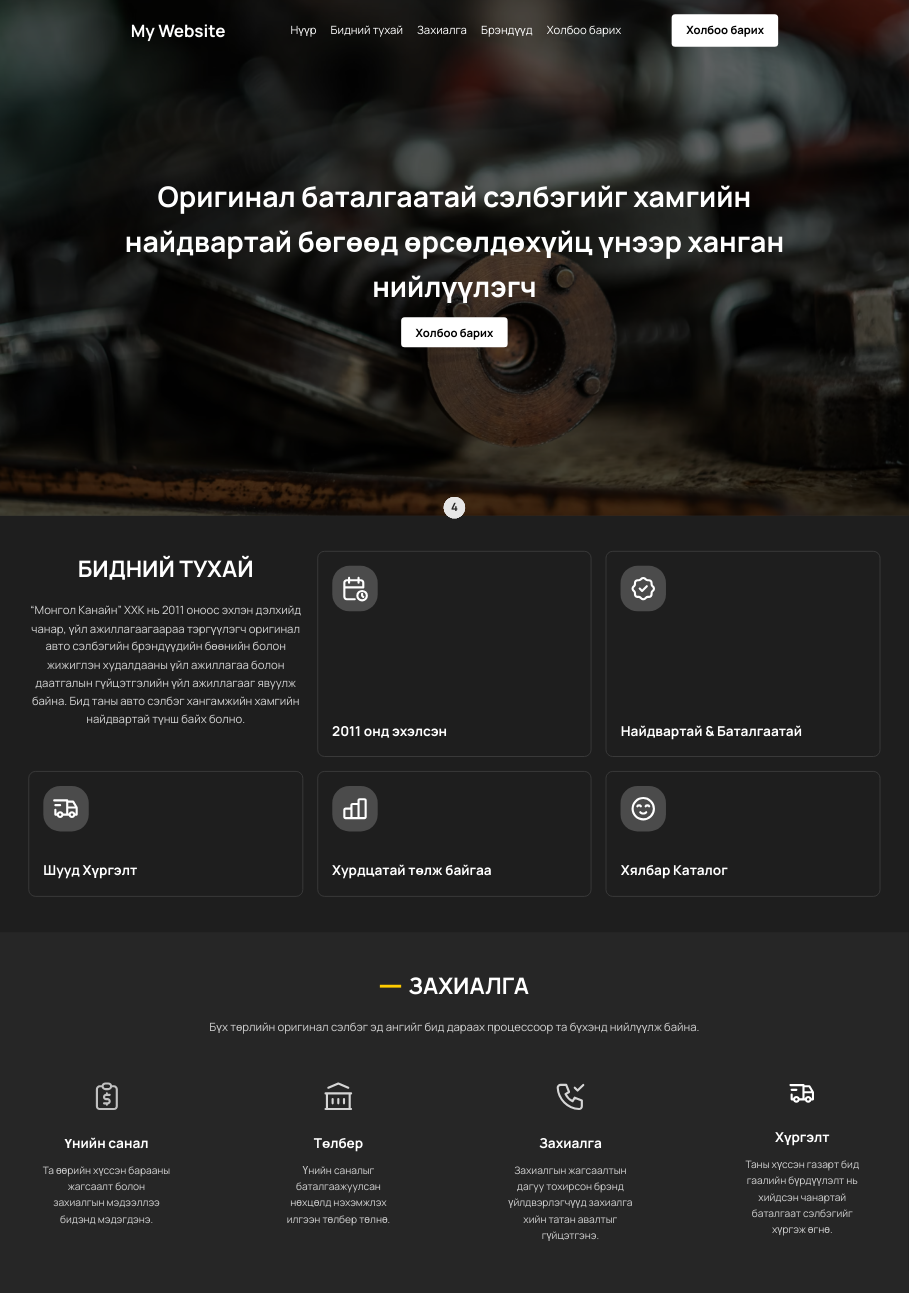
Repository: temuujinnn/mongol_kanain
Page: index.html
An editor plug-in stored every save of this project. The page is shown before and after a run of saves, followed by the edit.
The browser window is 1280 px wide. The pictures show the whole page, at 71% of full size.

Above is the page before, as saved 2024-08-22 18:12:44.

### index.html
<!DOCTYPE html>
<html lang="mn">

<head>
    <meta charset="UTF-8">
    <meta name="viewport" content="width=device-width, initial-scale=1.0">
    <title>My Custom Website</title>
    <link rel="stylesheet" href="style.css">
    <!-- Google Fonts Link -->
    <link href="https://fonts.googleapis.com/css2?family=Manrope:wght@400;700&display=swap" rel="stylesheet">
</head>

<body>
    <!-- Header Section -->
    <header>
        <div class="container">
            <div class="logo">
                <h1>My Website</h1>
            </div>
            <nav>
                <ul>
                    <li><a href="#home">Нүүр</a></li>
                    <li><a href="#about">Бидний тухай</a></li>
                    <li><a href="#order">Захиалга</a></li>
                    <li><a href="#brands">Брэндүүд</a></li>
                    <li><a href="#contact">Холбоо барих</a></li>
                </ul>
            </nav>
            <a href="#contact" class="contact-btn">Холбоо барих</a>
        </div>
    </header>

    <!-- Hero Section -->
    <section id="hero">
        <div class="overlay"></div>
        <div class="hero-content">
            <h1>Оригинал баталгаатай сэлбэгийг хамгийн найдвартай бөгөөд өрсөлдөхүйц үнээр ханган нийлүүлэгч</h1>
            <a href="#contact" class="button">Холбоо барих</a>
        </div>
    </section>

    <!-- The rest of your content -->
    <section id="about">
        <div class="container">

            <div class="about-grid">
                <div>
                    <h2>БИДНИЙ ТУХАЙ</h2>
                    <p class="description">“Монгол Канайн” ХХК нь 2011 оноос эхлэн дэлхийд чанар, үйл ажиллагаагаараа
                        тэргүүлэгч
                        оригинал авто сэлбэгийн брэндүүдийн бөөнийн болон жижиглэн худалдааны үйл ажиллагаа болон
                        даатгалын
                        гүйцэтгэлийн үйл ажиллагааг явуулж байна. Бид таны авто сэлбэг хангамжийн хамгийн найдвартай
                        түнш
                        байх
                        болно.</p>
                </div>

                <div class="about-card">
                    <div class="icon">
                        <img src="./icons/calendar-time.svg" alt="Calendar Icon">
                    </div>
                    <div style="height: 40px;"></div>
                    <div class="text">2011 онд эхэлсэн</div>
                </div>
                <div class="about-card">
                    <div class="icon">
                        <img src="./icons/discount-check.svg" alt="Calendar Icon">
                    </div>
                    <div style="height: 40px;"></div>
                    <div class="text">Найдвартай & Баталгаатай</div>
                </div>
                <div class="about-card">
                    <div class="icon">
                        <img src="./icons/truck-delivery.svg" alt="Calendar Icon">
                    </div>
                    <div style="height: 40px;"></div>
                    <div class="text">Шууд Хүргэлт</div>
                </div>
                <div class="about-card">
                    <div class="icon">
                        <img src="./icons/chart-bar.svg" alt="Calendar Icon">
                    </div>
                    <div style="height: 40px;"></div>
                    <div class="text">Хурдцатай төлж байгаа</div>
                </div>
                <div class="about-card">
                    <div class="icon">
                        <img src="./icons/mood-smile-beam.svg" alt="Calendar Icon">
                    </div>
                    <div style="height: 40px;"></div>
                    <div class="text">Хялбар Каталог</div>
                </div>
            </div>
        </div>
    </section>
    <section id="order-process">
        <div class="container">
            <h2>ЗАХИАЛГА</h2>
            <p class="description">Бүх төрлийн оригинал сэлбэг эд ангийг бид дараах процессоор та бүхэнд нийлүүлж байна.
            </p>
            <div class="steps">
                <div class="step">
                    <div class="stepicon">
                        <img src="./icons/report-money.svg" alt="Calendar Icon">
                    </div>
                    <div class="step-number">1</div>
                    <h3>Үнийн санал</h3>
                    <p>Та өөрийн хүссэн барааны жагсаалт болон захиалгын мэдээллээ бидэнд мэдэгдэнэ.</p>
                </div>
                <div class="step">
                    <div class="stepicon">
                        <img src="./icons/building-bank.svg" alt="Calendar Icon">
                    </div>
                    <div class="step-number">2</div>
                    <h3>Төлбер</h3>
                    <p>Үнийн саналыг баталгаажуулсан нөхцөлд нэхэмжлэх илгээн төлбер төлнө.</p>
                </div>
                <div class="step">
                    <div class="stepicon">
                        <img src="./icons/phone-check.svg" alt="Calendar Icon">
                    </div>
                    <div class="step-number">3</div>
                    <h3>Захиалга</h3>
                    <p>Захиалгын жагсаалтын дагуу тохирсон брэнд үйлдвэрлэгчүүд захиалга хийн татан авалтыг гүйцэтгэнэ.
                    </p>
                </div>
                <div class="step">
                    <div class="stepicon">
                        <img src="./icons/truck-delivery.svg" alt="Calendar Icon">
                    </div>
                    <div class="step-number">4</div>
                    <h3>Хүргэлт</h3>
                    <p>Таны хүссэн газарт бид гаалийн бүрдүүлэлт нь хийдсэн чанартай баталгаат сэлбэгийг хүргэж өгнө.
                    </p>
                </div>
            </div>
        </div>
    </section>
</body>

</html>

### style.css
/* Basic Reset */
* {
    margin: 0;
    padding: 0;
    box-sizing: border-box;
}

body {
    font-family: 'Manrope', sans-serif;
    color: white;
    background-color: #1e1e1e;
    line-height: 1.6;
}

/* Header */
header {

    /* Semi-transparent background */
    padding: 20px 0;
    position: absolute;
    /* Ensure the header is not fixed */
    width: 100%;
    z-index: 1000;
    /* Keep the header on top of other content */
}

header .container {
    display: flex;
    padding-left: 144px;
    padding-right: 144px;
    justify-content: space-between;
    align-items: center;
}

header .logo h1 {
    color: #fff;
    font-size: 1.5rem;
    margin: 0;
}

header nav ul {
    list-style: none;
    display: flex;
    margin: 0;
    padding: 0;
}

header nav ul li {
    margin-left: 20px;
}

header nav ul li a {
    color: #fff;
    text-decoration: none;
    font-size: 1rem;
}

header nav ul li a:hover {
    color: #ffcc00;
}

header .contact-btn {
    background-color: #fff;
    color: #000;
    padding: 10px 20px;
    text-decoration: none;
    border-radius: 5px;
    font-weight: bold;
}

header .contact-btn:hover {
    background-color: #e6e6e6;
}

/* Hero Section */
#hero {
    position: relative;
    background: url('./images/m.png') no-repeat center center/cover;
    height: 726px;
    display: flex;
    justify-content: center;
    align-items: center;
    text-align: center;
    color: #fff;
}

#hero .overlay {
    position: absolute;
    top: 0;
    left: 0;
    right: 0;
    bottom: 0;
    background: rgba(0, 0, 0, 0.5);
    /* Dark overlay */
}

.hero-content {
    z-index: 1;
    max-width: 80%;
}

.hero-content h1 {
    font-size: 2.5rem;
    margin-bottom: 20px;
}

.hero-content .button {
    padding: 10px 20px;
    background: #fff;
    color: #000;
    text-decoration: none;
    border-radius: 5px;
    font-weight: bold;
    transition: background-color 0.3s ease;
}

.hero-content .button:hover {
    background-color: #e6e6e6;
}

#about {
    padding: 50px 20px;
    background-color: #1e1e1e;
}

.container {
    max-width: 1200px;
    margin: 0 auto;
}

#about h2 {
    font-size: 32px;
    margin-bottom: 20px;
    color: #fff;
    font-weight: 700;
}

.description {

    font-size: 12px;
    font-style: normal;
    font-weight: 400;
}

.about-grid {
    display: grid;
    grid-template-columns: repeat(3, 1fr);
    gap: 20px;
    height: 100%;
}

.about-card {
    background-color: #1e1e1e;
    padding: 20px;
    border-radius: 10px;
    display: flex;
    flex-direction: column;
    justify-content: space-between;
    align-items: start;

    border: 1px solid #444;
    transition: transform 0.3s ease, border-color 0.3s ease;
}

.about-card:hover {
    transform: translateY(-5px);
    border-color: #ffcc00;
}

.icon {

    display: flex;
    justify-content: center;
    align-items: center;
    background-color: #4b4b4b;
    width: 64px;
    height: 64px;
    padding: 12px;
    border-radius: 24px;

}



.text {
    font-size: 1.2rem;
    color: #fff;
    font-weight: 700;
}

.text br {
    display: none;
}

@media (min-width: 768px) {
    .text br {
        display: inline;
    }
}

/* Adjusting body padding to avoid header overlay */


#order-process {
    padding: 50px 20px;
    background-color: #262626;
}

.container {
    max-width: 1200px;
    margin: 0 auto;
    text-align: center;
}

#order-process h2 {
    font-size: 2rem;
    margin-bottom: 20px;
    color: #fff;
    position: relative;
    display: inline-block;
    padding-left: 40px;
}

#order-process h2::before {
    content: '';
    position: absolute;
    left: 0;
    top: 50%;
    transform: translateY(-50%);
    width: 30px;
    height: 4px;
    background-color: #ffcc00;
    /* Yellow color */
}

.description {
    font-size: 1rem;
    margin-bottom: 40px;
    color: #d3d3d3;
}

.steps {
    display: flex;
    justify-content: space-between;
    flex-wrap: wrap;
}

.step {
    flex: 1;
    padding: 20px;
    max-width: 220px;
}

.stepicon {
    margin-bottom: 20px;
    position: relative;
}

.step-number {
    position: absolute;
    bottom: -10px;
    left: 50%;
    transform: translateX(-50%);
    background-color: #e6e6e6;
    color: #262626;
    font-weight: bold;
    border-radius: 50%;
    width: 30px;
    height: 30px;
    display: flex;
    align-items: center;
    justify-content: center;
    font-size: 1rem;
}

.step h3 {
    font-size: 1.2rem;
    margin-bottom: 10px;
    color: #fff;
}

.step p {
    font-size: 0.9rem;
    color: #d3d3d3;
}

@media (max-width: 768px) {
    .steps {
        flex-direction: column;
        align-items: center;
    }

    .step {
        max-width: 100%;
        margin-bottom: 20px;
    }
}

After the next 2 saves:
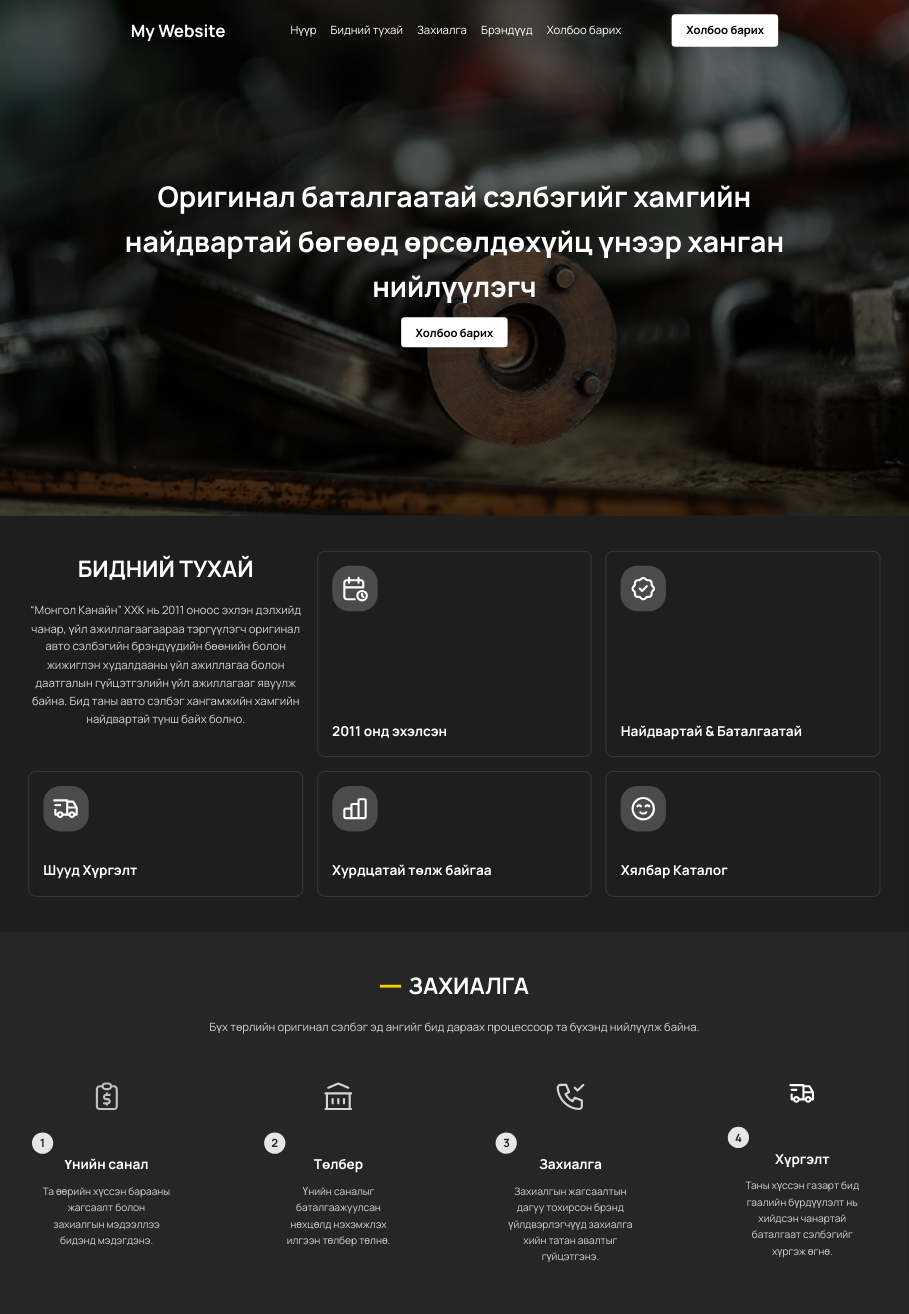
The 2 saves are shown as one change because they came seconds apart.
The last was saved 8 s later.
--- a/style.css
+++ b/style.css
@@ -257,9 +257,9 @@
 }
 
 .step-number {
-    position: absolute;
+    /* position: absolute; */
     bottom: -10px;
-    left: 50%;
+    /* left: 50%; */
     transform: translateX(-50%);
     background-color: #e6e6e6;
     color: #262626;

After the 5 saves that followed:
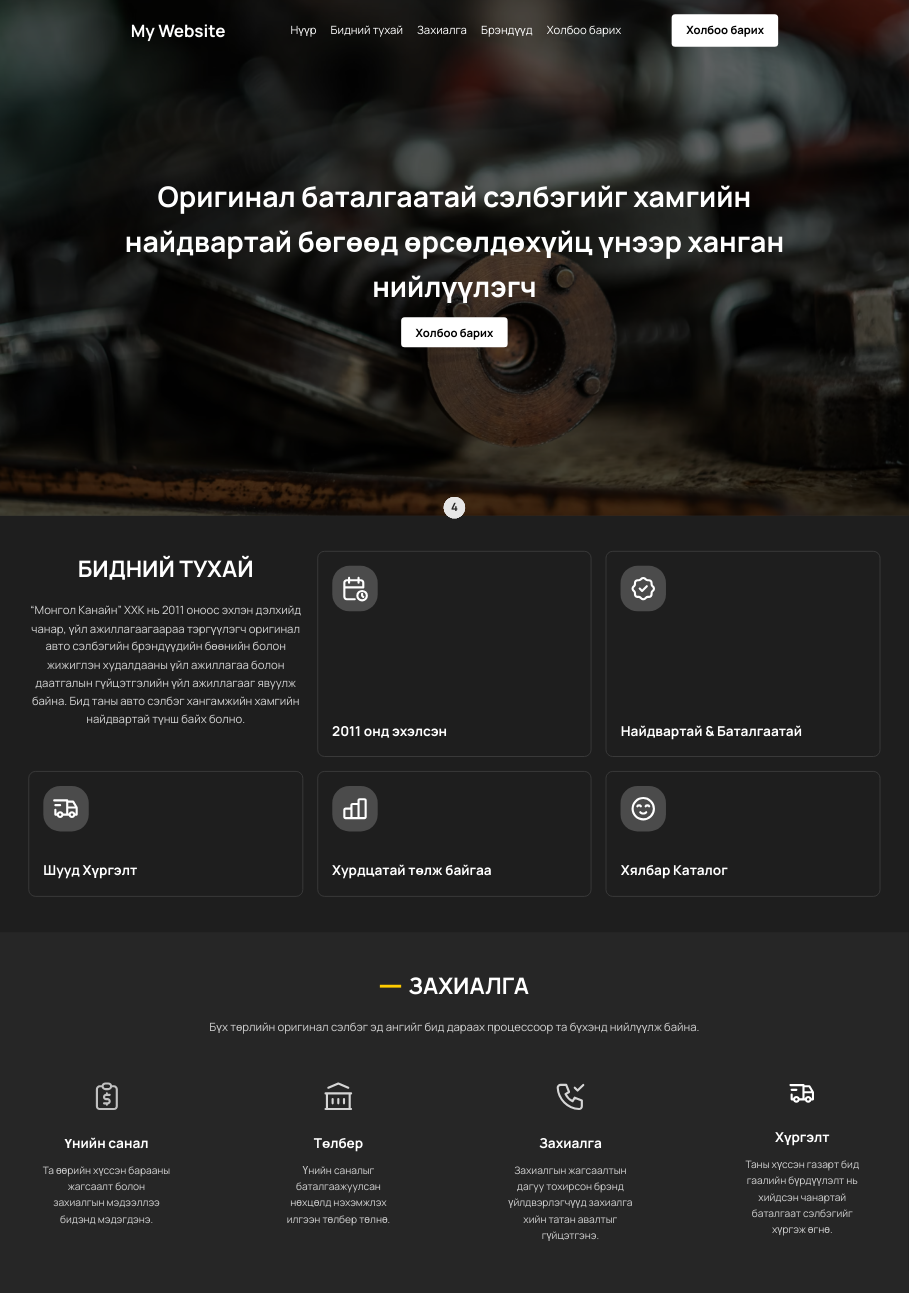
The 5 saves are shown as one change because 1 left the picture as it was and some came seconds apart.
The last was saved 52 s later.
--- a/style.css
+++ b/style.css
@@ -257,9 +257,10 @@
 }
 
 .step-number {
-    /* position: absolute; */
+    position: absolute;
     bottom: -10px;
-    /* left: 50%; */
+    left: 50%;
+
     transform: translateX(-50%);
     background-color: #e6e6e6;
     color: #262626;
